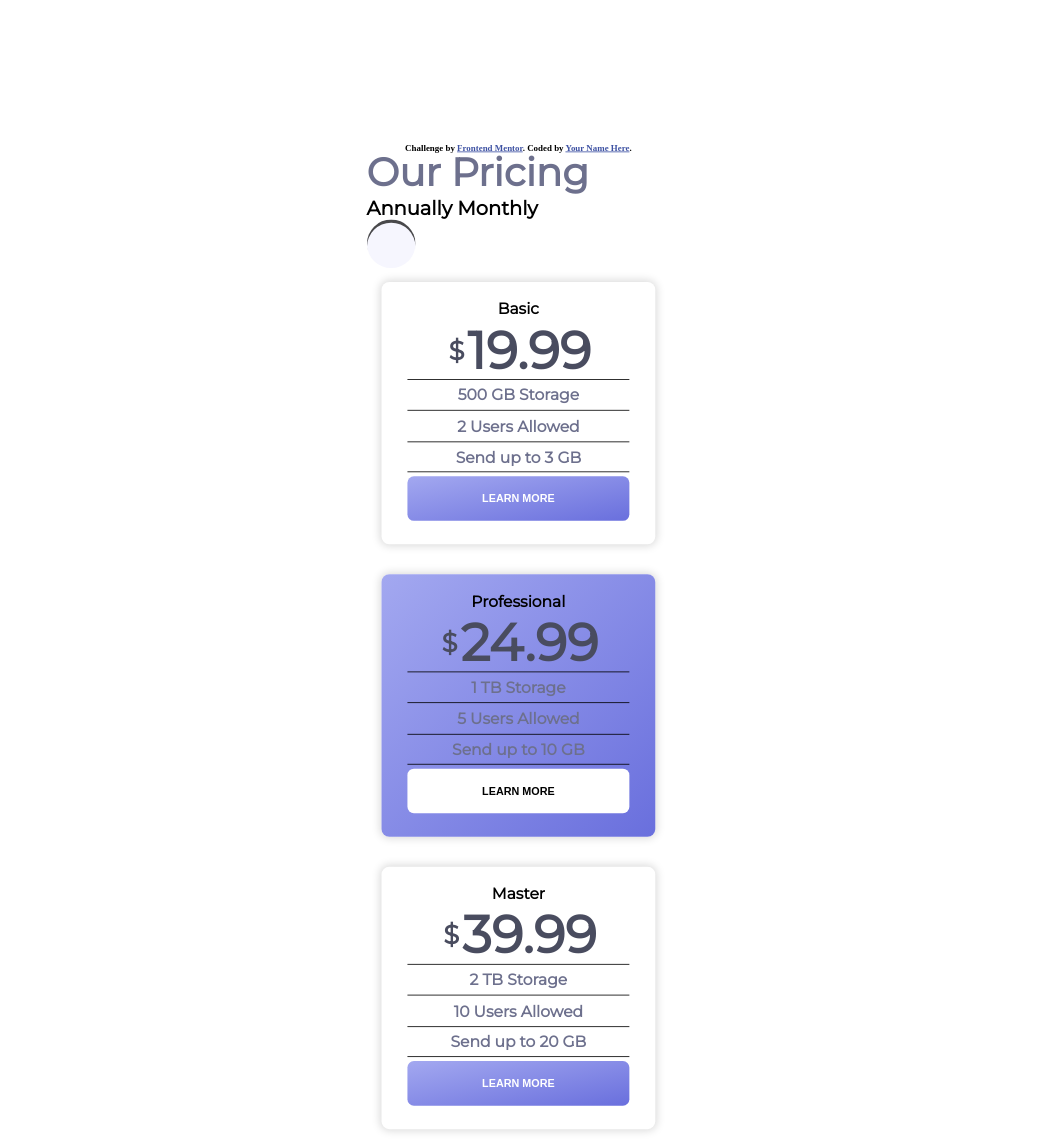
Repository: JuzzJoel/pricing-component-with-toggle-master
Page: index.html
An editor plug-in stored every save of this project. The page is shown before and after the next save, followed by the edit.
The browser window is 1280 px wide. The pictures show the whole page, at 81% of full size.

Above is the page before, as saved 2025-05-24 11:35:11.

After the next save:
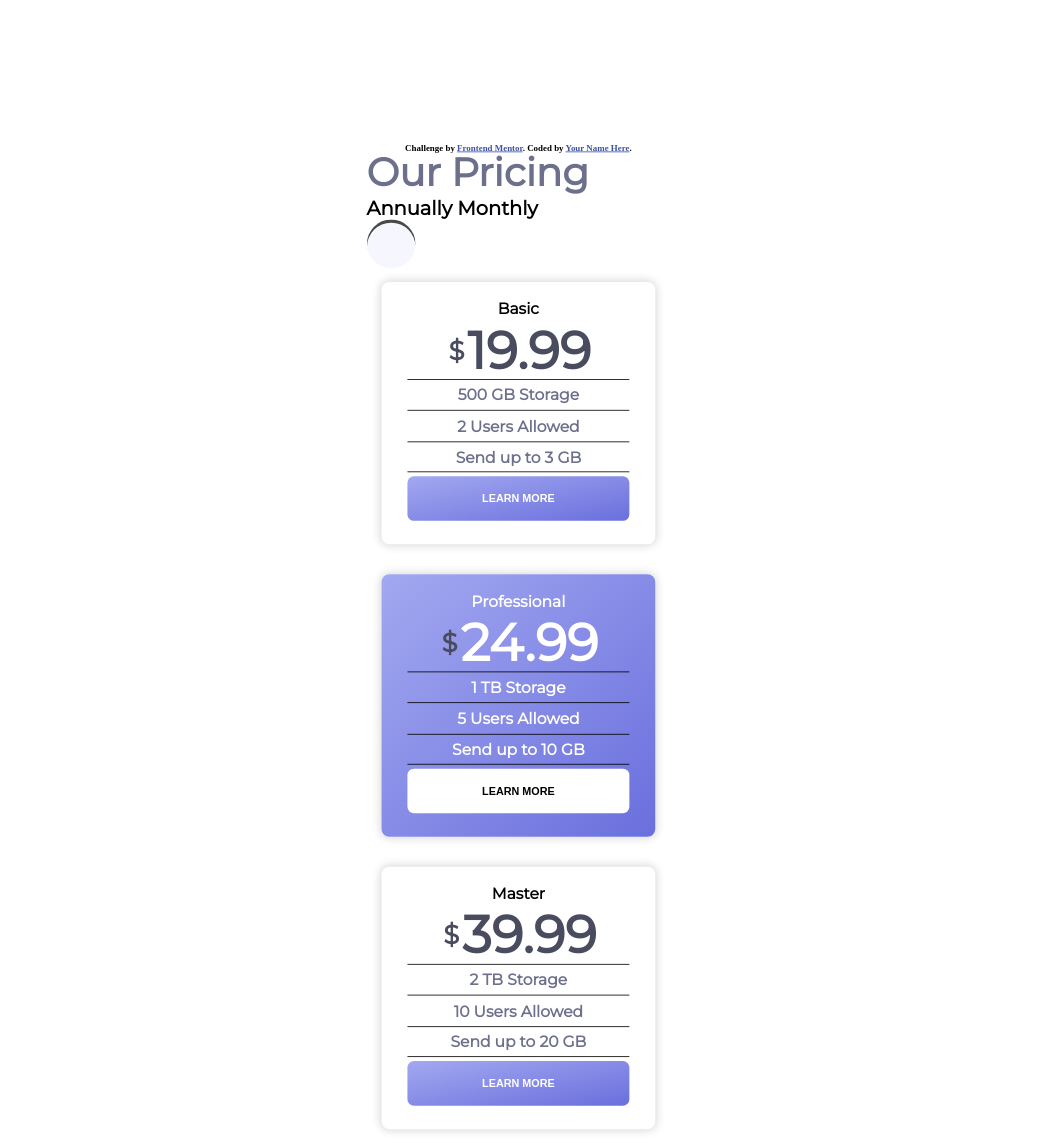
Saved 7 s later.
--- a/index.html
+++ b/index.html
@@ -193,7 +193,7 @@ background: var(--linear-gradient);
   }
   .card-container:nth-child(2) .rows ,
   .card-container:nth-child(2) .rows-head ,
-  .card-container:nth-child(2) .rows-head h1 ,
+  .card-container:nth-child(2) .rows-head h1
   {
     color: white;
   }
